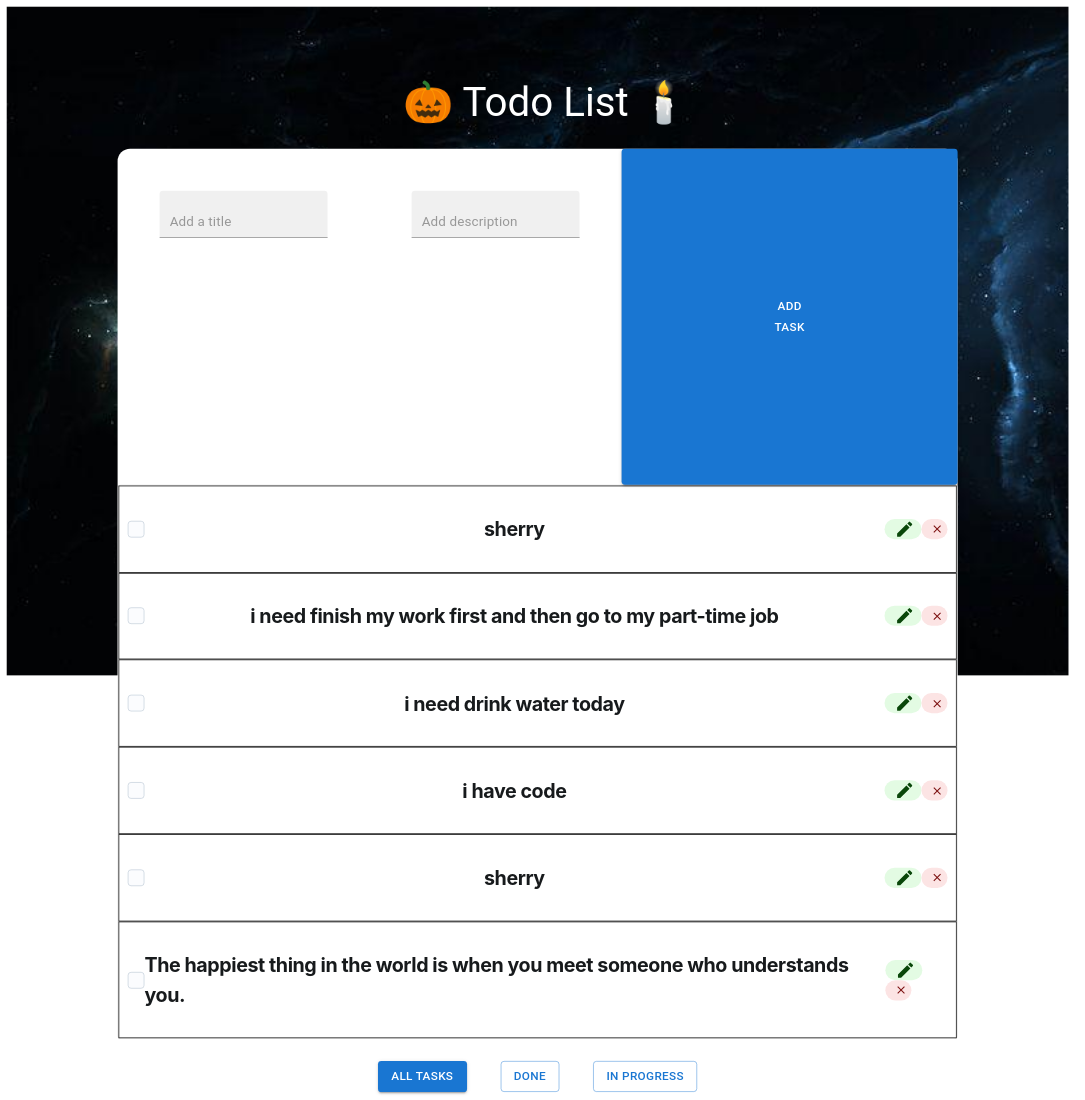
Repository: Tracy-maker/TodoList
Page: /
These files come from the project's save history. The page is drawn as it stood at one moment and after the next save; the edit follows.
The browser window is 1280 px wide. The page is 1292 px wide, so the pictures cover 1292 px, including what lies to the right of the window. The pictures show the whole page, at 84% of full size.
The project was rebuilt for these pictures with package versions that can differ from the ones it lists, and the page was loaded fresh each time. Requests to the local data server were answered from the project's data file. Also part of the build but not shown: src/components/TaskEdit.js.

Above is the page before, as saved 2023-09-20 12:11:42.

### public/index.html
<!DOCTYPE html>
<html lang="en">
  <head>
    <meta charset="utf-8" />
    <link rel="icon" href="%PUBLIC_URL%/favicon.ico" />
    <meta name="viewport" content="width=device-width, initial-scale=1" />
    <meta name="theme-color" content="#000000" />
    <meta
      name="description"
      content="Web site created using create-react-app"
    />
    <link rel="apple-touch-icon" href="%PUBLIC_URL%/logo192.png" />
    <!--
      manifest.json provides metadata used when your web app is installed on a
      user's mobile device or desktop. See https://developers.google.com/web/fundamentals/web-app-manifest/
    -->
    <link rel="manifest" href="%PUBLIC_URL%/manifest.json" />
    <link href="https://fonts.googleapis.com/css2?family=Montserrat:wght@300;400;500&amp;display=swap" rel="stylesheet">
    <!--
      Notice the use of %PUBLIC_URL% in the tags above.
      It will be replaced with the URL of the `public` folder during the build.
      Only files inside the `public` folder can be referenced from the HTML.

      Unlike "/favicon.ico" or "favicon.ico", "%PUBLIC_URL%/favicon.ico" will
      work correctly both with client-side routing and a non-root public URL.
      Learn how to configure a non-root public URL by running `npm run build`.
    -->
    <title>React App</title>
  </head>
  <body>
    <noscript>You need to enable JavaScript to run this app.</noscript>
    <div id="root"></div>
    <!--
      This HTML file is a template.
      If you open it directly in the browser, you will see an empty page.

      You can add webfonts, meta tags, or analytics to this file.
      The build step will place the bundled scripts into the <body> tag.

      To begin the development, run `npm start` or `yarn start`.
      To create a production bundle, use `npm run build` or `yarn build`.
    -->
  </body>
</html>

### src/App.js
import { useState, useEffect } from "react";
import axios from "axios";
import CreateTask from "./components/CreateTask";
import TaskList from "./components/TaskList";
import { Box, Stack } from "@mui/material";
import styled from "styled-components";
import Typography from "@mui/material/Typography";
import TaskButton from "./components/TaskButton";
import Image1 from "./image/7.jpg";

const StyledContainer = styled(Stack)`
  height: 100vh;
  width: 100%;
  display: flex;
  align-items: stretch;
  padding-top: 6%;
  background-image: url(${Image1});
  background-size: cover;
  background-repeat: no-repeat;
`;

const TaskForm = styled(Box)`
  margin-left: auto;
  margin-right: auto;
  width: 1000px;
  background-color: white;
  border-radius: 15px;
  @media (max-width: 768px) {
    width: 100%;
  }
`;
const Title = styled(Typography)`
  color: white;
  margin: auto;
  width: 100%;
  padding: 10px;
  text-align: center;
`;

function App() {
  const [tasks, setTasks] = useState([]);
  const [filter, setFilter] = useState("all");

  const fetchTask = async () => {
    const response = await axios.get("http://localhost:3001/tasks");
    setTasks(response.data);
  };

  useEffect(() => {
    fetchTask();
  }, []);

  const createTask = async (title) => {
    const response = await axios.post("http://localhost:3001/tasks", {
      title,
      status: "inProgress",
    });
    const updatedTasks = [...tasks, response.data];
    setTasks(updatedTasks);
  };

  const deleteTasksById = async (id) => {
    await axios.delete(`http://localhost:3001/tasks/${id}`);
    const updatedTasks = tasks.filter((task) => {
      return task.id !== id;
    });
    setTasks(updatedTasks);
  };

  const editTaskById = async (id, newTitle) => {
    const response = await axios.put(`http://localhost:3001/tasks/${id}`, {
      title: newTitle,
    });

    const updatedTasks = tasks.map((task) => {
      if (task.id === id) {
        return {
          ...task,
          ...response.data,
        };
      }
      return tasks;
    });
    setTasks(updatedTasks);
  };

  const handleFilterTasks = (filter) => {
    setFilter(filter);
  };

  let filteredTasks = tasks;
  if (filter !== "all") {
    filteredTasks = tasks.filter((task) => task.status === filter);
  }

  const toggleCheckedBoxById = (id) => {
    const updatedTasks = tasks.map((task) => {
      if (task.id === id) {
        let nextStatus;
        if (task.status === "done") {
          nextStatus = "inProgress";
        } else {
          nextStatus = "done";
        }
        return {
          ...task,
          status: nextStatus,
        };
      }
      return task;
    });
    setTasks(updatedTasks);
  };

  return (
    <StyledContainer>
      <Title variant="h3" gutterBottom>
        🎃 Todo List 🕯️
      </Title>
      <TaskForm>
        <CreateTask onCreate={createTask} />
        <TaskList
          toggleCheckedBoxById={toggleCheckedBoxById}
          tasks={filteredTasks}
          onDelete={deleteTasksById}
          onEdit={editTaskById}
        />
        <TaskButton defaultValue={filter} onFilterChange={handleFilterTasks} />
      </TaskForm>
    </StyledContainer>
  );
}
export default App;

### src/components/CreateTask.js
import * as React from "react";
import Stack from "@mui/material/Stack";
import TextField from "@mui/material/TextField";
import Button from "@mui/material/Button";
import { useState } from "react";
import { styled } from "@mui/material";

const Input = styled(TextField)`
  padding: 5%;
  width: 65%;
`;

const AddButton = styled(Button)`
  padding: 20%;
  width:60px;
  height:30px;
`;

function CreateTask(props) {
  const [title, setTitle] = useState("");

  const handleChange = (event) => {
    setTitle(event.target.value);
  };

  const handleSubmit = (event) => {
    event.preventDefault();
    if (title.trim() !== "") {
      props.onCreate(title);
      setTitle("");
    }
  };

  return (
    <Stack onSubmit={handleSubmit} component="form" direction="row">
      <Input
        value={title}
        onChange={handleChange}
        placeholder="Add a title"
        variant="filled"
      />
      <Input
        value={title}
        onChange={handleChange}
        placeholder="Add description"
        variant="filled"
      />
      <AddButton type="submit" variant="contained">
        Add Task
      </AddButton>
    </Stack>
  );
}

export default CreateTask;

### src/components/TaskList.js
import * as React from "react";
import { Paper, Box } from "@mui/material";
import TaskShow from "./TaskShow";



function TaskList(props) {

  const renderedTasksList = props.tasks.map((task) => {
    return (
      <TaskShow
        key={task.id}
        task={task}
        onDelete={props.onDelete}
        onEdit={props.onEdit}
        toggleCheckedBoxById={props.toggleCheckedBoxById}
      />
    );
  });

  return (
    <Box mb={2}>
      <Paper variant="outlined">{renderedTasksList}</Paper>
    </Box>
  );
}
export default TaskList;

### src/components/TaskButton.js
import * as React from "react";
import { Box, Button } from "@mui/material";
import styled from "styled-components";

const ButtonNavigationBar = styled(Box)`
  display: flex;
  justify-content: center;
  gap: 40px;
  padding: 10px;
`;

function TaskButton(props) {
  return (
    <ButtonNavigationBar>
      <Button
        variant={props.defaultValue === "all" ? "contained" : "outlined"}
        onClick={() => props.onFilterChange("all")}
      >
        All Tasks
      </Button>
      <Button
        variant={props.defaultValue === "done" ? "contained" : "outlined"}
        onClick={() => props.onFilterChange("done")}
      >
        Done
      </Button>
      <Button
        variant={props.defaultValue === "inProgress" ? "contained" : "outlined"}
        onClick={() => props.onFilterChange("inProgress")}
      >
        In Progress
      </Button>
    </ButtonNavigationBar>
  );
}
export default TaskButton;

### src/components/TaskShow.js
import * as React from "react";
import { useState } from "react";
import Typography from "@mui/joy/Typography";
import Checkbox from "@mui/joy/Checkbox";
import Chip from "@mui/joy/Chip";
import ChipDelete from "@mui/joy/ChipDelete";
import styled from "styled-components";
import { Box } from "@mui/material";
import EditIcon from "@mui/icons-material/Edit";
import TaskEdit from "./TaskEdit";

const TaskItem = styled(Box)`
  display: flex;
  justify-content: space-between;
  align-items: center;
  padding: 10px;
  border-style: solid;
  border-width: 1px;
`;

const Title = styled(Typography)`
  text-decoration: ${({ isDeleted }) => (isDeleted ? "line-through" : "none")};
`;

function TaskShow(props) {
  const [showEdit, setShowEdit] = useState(false);

  const handleEdit = () => {
    setShowEdit(!showEdit);
  };

  const handleSubmit = (id, newTitle) => {
    setShowEdit(false);
    props.onEdit(id, newTitle);
  };

  let content = <h3>{props.task.title}</h3>;
  if (showEdit) {
    content = <TaskEdit onSubmit={handleSubmit} task={props.task} />;
  }

  const handleDelete = () => {
    props.onDelete(props.task.id);
  };

  const handleCheckboxChange = () => {
    props.toggleCheckedBoxById(props.task.id);
  };

  return (
    <TaskItem>
      <Checkbox
        checked={props.task.status === "done"}
        onChange={handleCheckboxChange}
      />
      <Title isDeleted={props.task.status === "done"} level="h4">
        {content}
      </Title>
      <Box>
        <Chip
          variant="soft"
          color="success"
          onClick={handleEdit}
          endDecorator={<EditIcon />}
        />

        <Chip
          variant="soft"
          color="danger"
          endDecorator={<ChipDelete onClick={handleDelete} />}
        />
      </Box>
    </TaskItem>
  );
}

export default TaskShow;

### db.json
{
  "tasks": [
    {
      "title": "sherry",
      "status": "inProgress",
      "id": 1
    },
    {
      "title": "i need finish my work first and then go to my part-time job",
      "status": "inProgress",
      "id": 2
    },
    {
      "title": "i need drink water today",
      "status": "inProgress",
      "id": 3
    },
    {
      "title": "i have code",
      "status": "inProgress",
      "id": 4
    },
    {
      "title": "sherry",
      "status": "inProgress",
      "id": 5
    },
    {
      "title": "The happiest thing in the world is when you meet someone who understands you.",
      "status": "inProgress",
      "id": 6
    }
  ]
}

Loaded but not shown: src/index.js (common file)

After the next save:
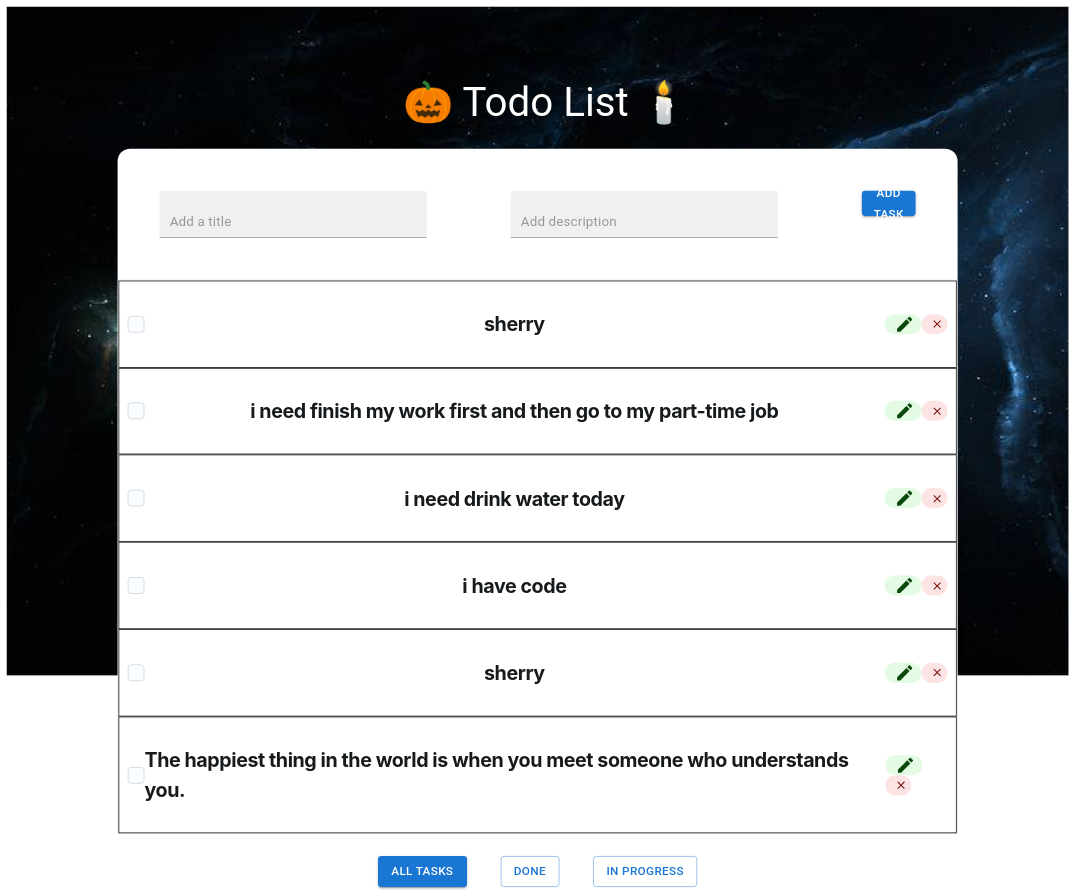
Saved 12 s later.
--- a/src/components/CreateTask.js
+++ b/src/components/CreateTask.js
@@ -11,9 +11,9 @@ const Input = styled(TextField)`
 `;
 
 const AddButton = styled(Button)`
-  padding: 20%;
+  margin: 5%;
   width:60px;
-  height:30px;
+  height:30px
 `;
 
 function CreateTask(props) {
